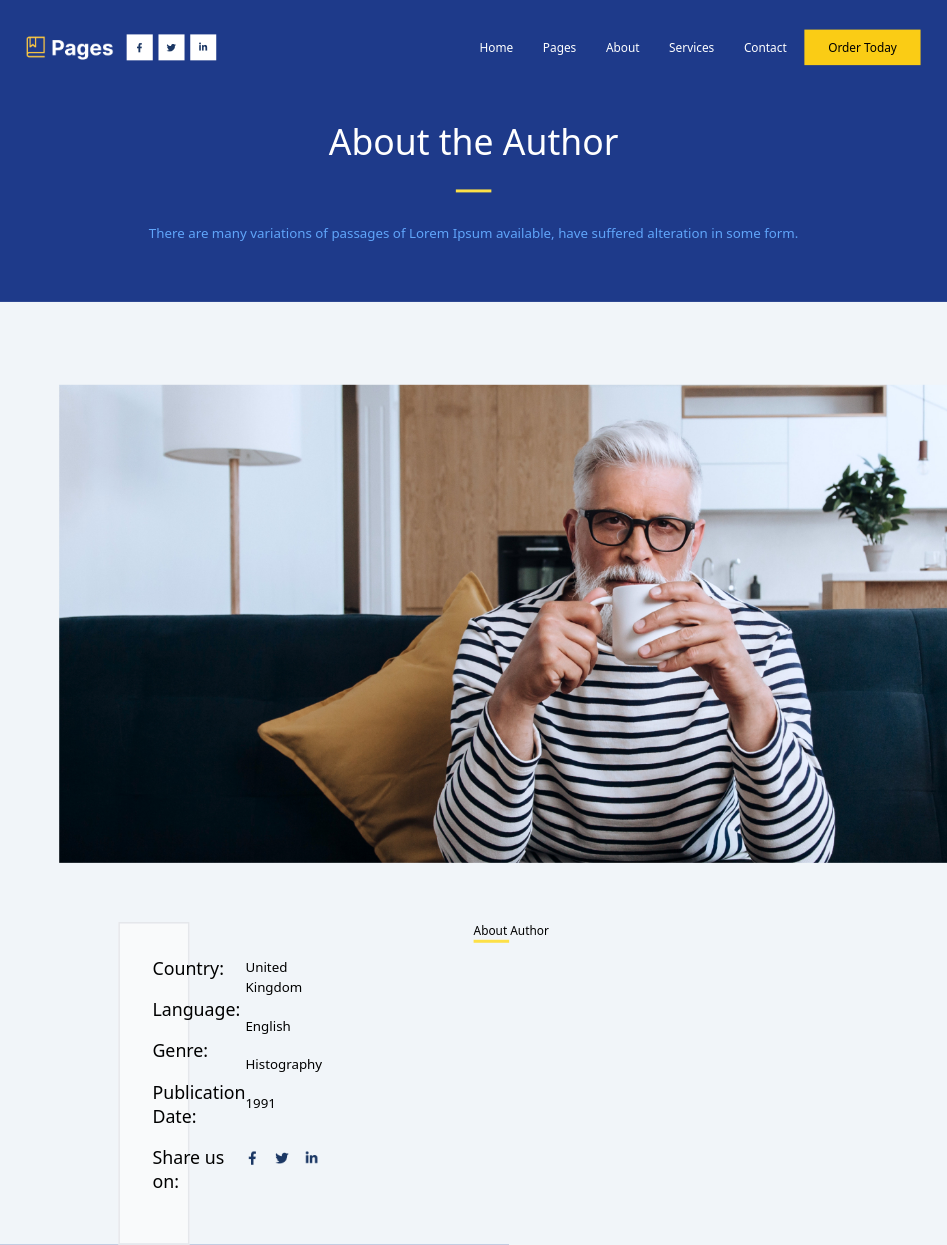
Repository: Godnorg/Class3
Page: index.html
An editor plug-in stored every save of this project. The page is shown before and after the next save, followed by the edit.
The browser window is 1280 px wide. The pictures show the whole page, at 74% of full size.
Some web libraries are served in a nearby version.

Above is the page before, as saved 2023-02-20 02:20:09.

### index.html
<!DOCTYPE html>
<html lang="en">
<head>
    <meta charset="UTF-8">
    <meta http-equiv="X-UA-Compatible" content="IE=edge">
    <meta name="viewport" content="width=device-width, initial-scale=1.0">
    <title>Class3</title>
    <script src="https://cdn.tailwindcss.com"></script>
</head>
<body class="w-full bg-blue-900">
<div class="flex items-center justify-between w-full pt-10 mx-auto px-9 max-w-7xl">
    <div class="flex gap-4 ">
    <img src="./Logo.png">
    <img src="./soc-icons.png" class="h-9">
    </div>
    <div class="flex gap-6">
        <ul class="flex items-center gap-10 text-white">
            <li><a href="#">Home</a></li>
            <li><a href="#">Pages</a></li>
            <li><a href="#">About</a></li>
            <li><a href="#">Services</a></li>
            <li><a href="#">Contact</a></li>
        </ul>
        <button class="px-8 py-3 mx-auto bg-yellow-400 font-sans-serif">Order Today</button>
    </div>
    </div>
    <div class="items-center mx-auto">
    <h1 class="items-center pt-20 pb-10 text-5xl text-center text-white">About the Author</h1>
        <div
            class="items-center w-12 h-1 mx-auto text-center bg-yellow-300">
        </div>
        <p class="items-center pt-10 pb-20 mx-auto text-lg text-center text-blue-400">There are many variations of passages of Lorem Ipsum available, have suffered alteration in some form.</p>
    </div>

    <div class= "bg-slate-100">
        <div class="relative w-full pb-20 pl-20 mx-auto pt-28 max-w-7xl">
        <img src="./oldman2.jpg">
        </div>
    <div class="grid grid-cols-2">
        <div class="max-w-xl ml-40 mr-96 bg-gray-50">
            <div class="flex mt-0 border-2 pt-11 px-11 pb-11">
                <div class="pr-">
                <h2 class="pb-6 text-2xl">Country:</h2>
                <h2 class="pb-6 text-2xl">Language:</h2>
                <h2 class="pb-6 text-2xl">Genre:</h2>
                <h2 class="pb-6 text-2xl">Publication Date:</h2>
                <h2 class="pb-6 text-2xl">Share us on:</h2>
                </div>
                <div class="p-0">
                <p class="pb-6 pr-0 text-lg">United Kingdom</p>
                <p class="pb-6 pr-0 text-lg">English</p>
                <p class="pb-6 pr-0 text-lg">Histography</p>
                <p class="pb-6 pr-0 text-lg">1991</p>
                <img src="./socialmedia.png" class="pb-6 pr-0 pt-7">
                </div>
            </div>
        </div>
        <div>
          <h1>About Author</h1>
          <div class="w-12 h-1 bg-yellow-300"></div>
    </div>
</div>
</div>

</body>
</html>

After the next save:
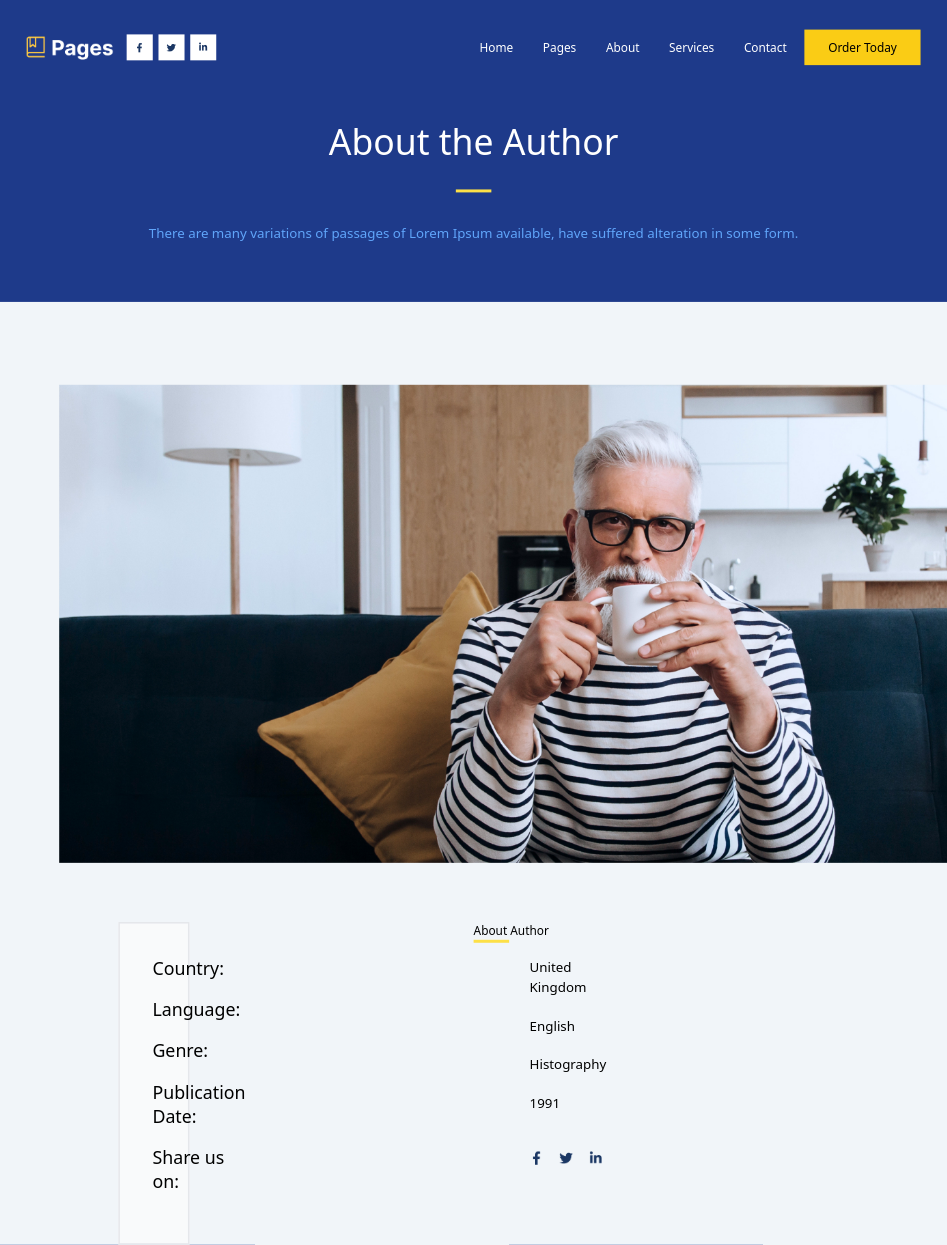
Saved 4 s later.
--- a/index.html
+++ b/index.html
@@ -39,7 +39,7 @@
     <div class="grid grid-cols-2">
         <div class="max-w-xl ml-40 mr-96 bg-gray-50">
             <div class="flex mt-0 border-2 pt-11 px-11 pb-11">
-                <div class="pr-">
+                <div class="pr-96">
                 <h2 class="pb-6 text-2xl">Country:</h2>
                 <h2 class="pb-6 text-2xl">Language:</h2>
                 <h2 class="pb-6 text-2xl">Genre:</h2>
